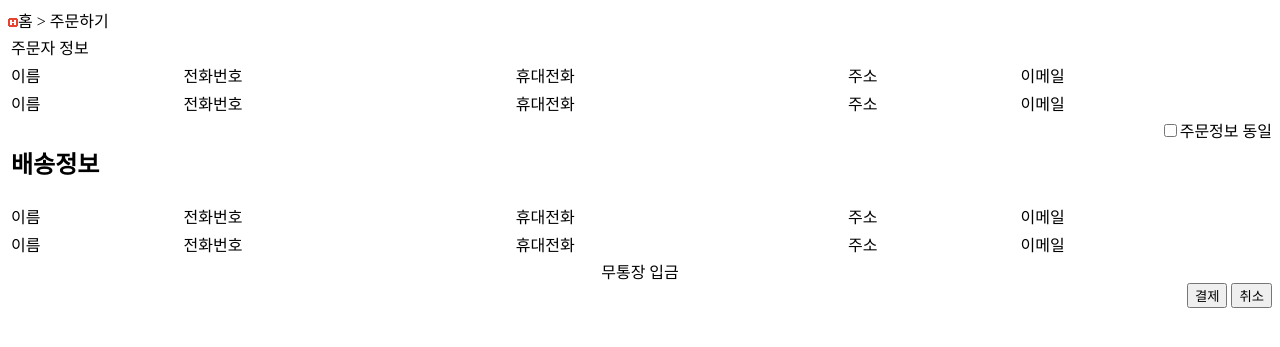
Repository: heeya90/ProjectShoppingMall
Page: http://localhost/ProjectShoppingMall/order/order.jsp
An editor plug-in stored every save of this project. The page is shown before and after the next save, followed by the edit.
The browser window is 1280 px wide. The pictures show the whole page.
The page is served by Tomcat 9.

Above is the page before, as saved 2012-07-30 08:42:08.

After the next save:
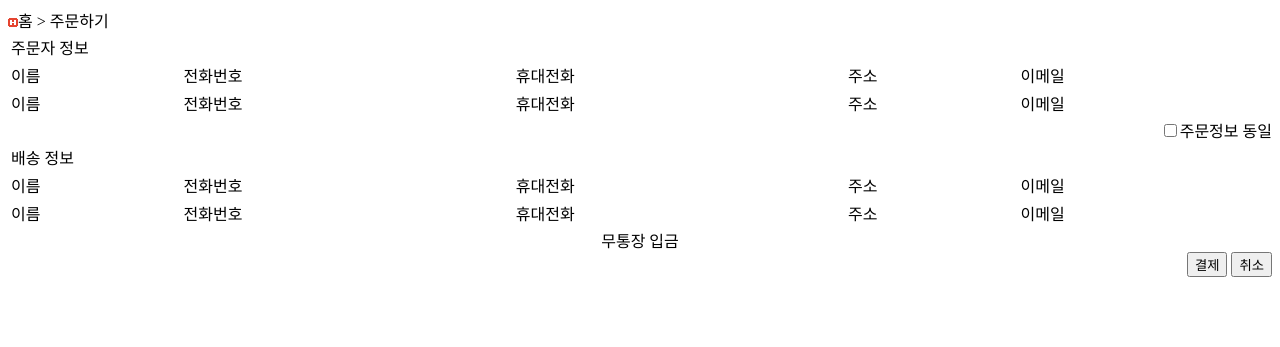
Saved 82 s later.
--- a/ProjectShoppingMall/WebContent/order/order.jsp
+++ b/ProjectShoppingMall/WebContent/order/order.jsp
@@ -40,32 +40,33 @@
 		<input type="checkbox" value="same">주문정보 동일
 	</div>
 
-	<table style="width:100%">
+	<table class="jw_normal_table" style="width:100%">
 		<tr>
-			<td colspan="5"><h2>배송정보</h2></td>
+			<td colspan=5>
+				<label class="jw_lbl_title">배송 정보</label></td>
 		</tr>
 		<tr>
-			<td class="tab">
-				<label>이름</label></td>
-			<td class="tab">
-				<label>전화번호</label></td>
-			<td class="tab">
-				<label>휴대전화</label></td>
-			<td class="tab">
-				<label>주소</label></td>
-			<td class="tab">
-				<label>이메일</label></td>
+			<td class="jw_theader">
+				<label class="jw_lbl_title">이름</label></td>
+			<td class="jw_theader">
+				<label class="jw_lbl_title">전화번호</label></td>
+			<td class="jw_theader">
+				<label class="jw_lbl_title">휴대전화</label></td>
+			<td class="jw_theader">
+				<label class="jw_lbl_title">주소</label></td>
+			<td class="jw_theader">
+				<label class="jw_lbl_title">이메일</label></td>
 		</tr>
 		<tr>
-			<td class="sub_v_tb1">
+			<td class="jw_td_center">
 				<label>이름</label></td>
-			<td class="sub_v_tb1">
+			<td class="jw_td_center">
 				<label>전화번호</label></td>
-			<td class="sub_v_tb1">
+			<td class="jw_td_center">
 				<label>휴대전화</label></td>
-			<td class="sub_v_tb1">
+			<td class="jw_td_center">
 				<label>주소</label></td>
-			<td class="sub_v_tb1">
+			<td class="jw_td_center">
 				<label>이메일</label></td>
 		</tr>
 	</table>
